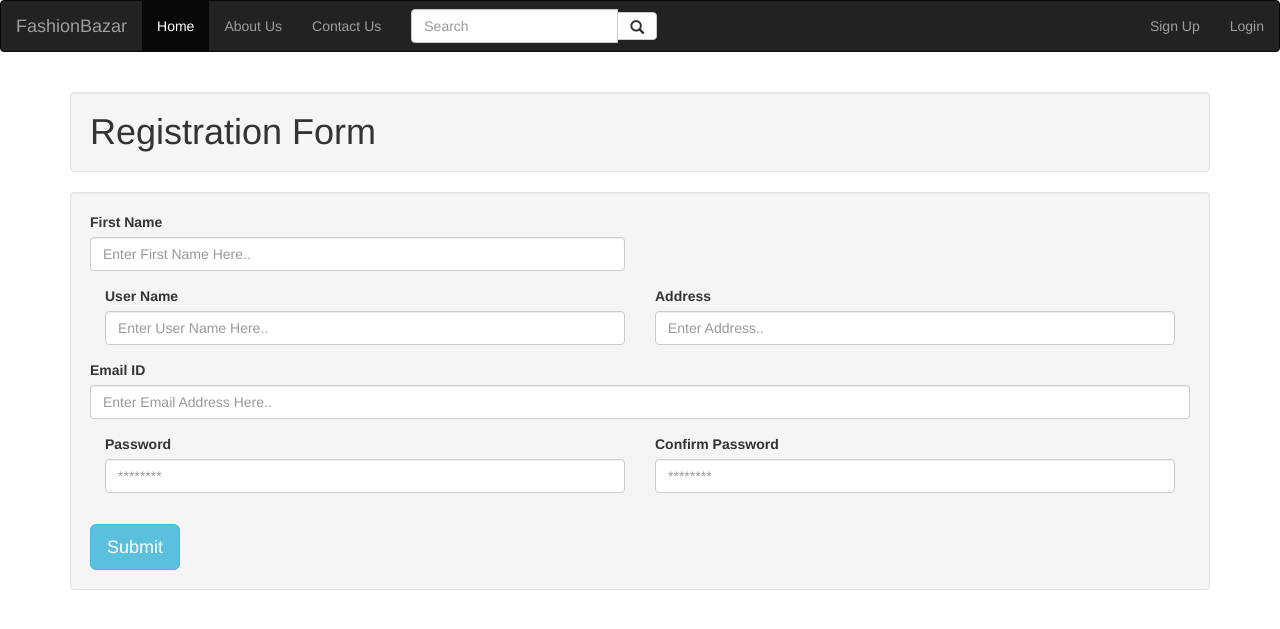
Repository: SmithaMendonca/Project-1
Page: http://localhost/FashionBazarFrontend/WEB-INF/views/Register.jsp
An editor plug-in stored every save of this project. The page is shown before and after the next save, followed by the edit.
The browser window is 1280 px wide. The pictures show the whole page.
The page is served by Tomcat 9. Nobody is signed in. The template is opened directly, without the code that normally fills it, so the values that code supplies are empty.

Above is the page before, as saved 2019-06-05 13:44:05.

After the next save:
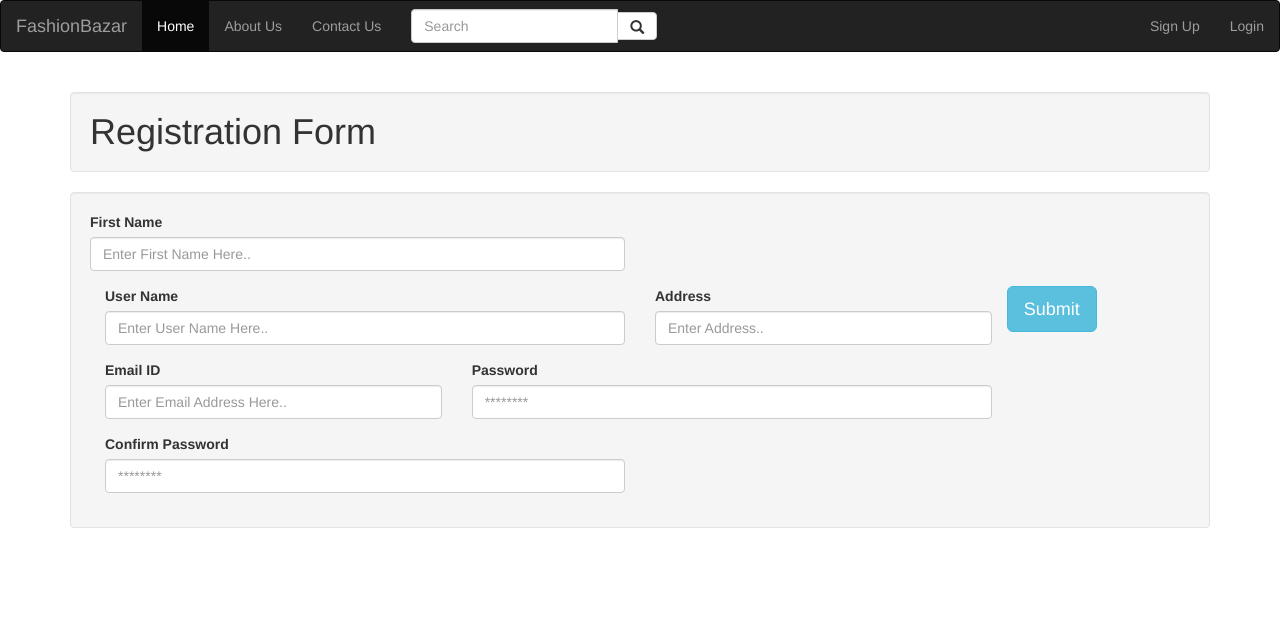
Saved 37 s later.
--- a/FashionBazarFrontend/src/main/webapp/WEB-INF/views/Register.jsp
+++ b/FashionBazarFrontend/src/main/webapp/WEB-INF/views/Register.jsp
@@ -15,12 +15,12 @@
 						<label>User Name</label>
 						<input type="text" name="userName" placeholder="Enter User Name Here.." class="form-control">
 					    </div>
-						<div class="col-sm-6 form-group">
+						<div class="col-sm-4 form-group">
 							<label>Address</label>
 							<input type="text"  class="form-control" name="address" placeholder="Enter Address..">
 						</div>
 
-					<div class="form-group">
+					<div class="col-sm-4 form-group">
 						<label>Email ID</label>
 						<input type="text" name="email" placeholder="Enter Email Address Here.." class="form-control">
 					</div>
